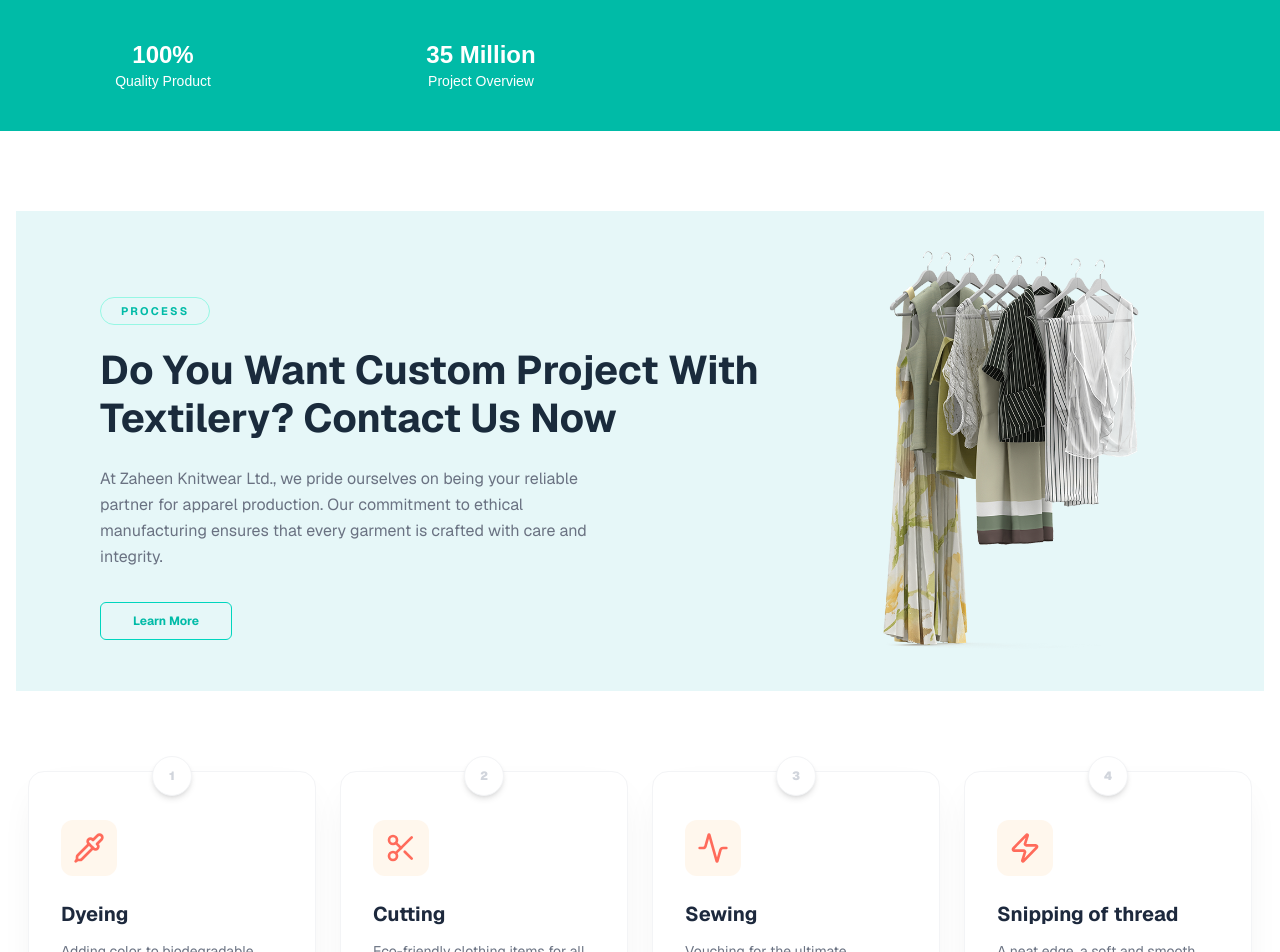
Repository: mdmuhibullahhabib/fullstack-assessment
Page: /
An editor plug-in stored every save of this project. The page is shown before and after a run of saves, followed by the edit.
The browser window is 1280 px wide. The pictures show the part of the page from y = 579 to 1531 px (the page is 3025 px tall).
The project was rebuilt for these pictures with package versions that can differ from the ones it lists, and the page was loaded fresh each time. The framework's server and built-in components were replaced by stand-ins that run in the browser. Also part of the build but not shown: next.config.mjs.

Above is the page before, as saved 2025-12-27 10:03:19.

After the next 3 saves:
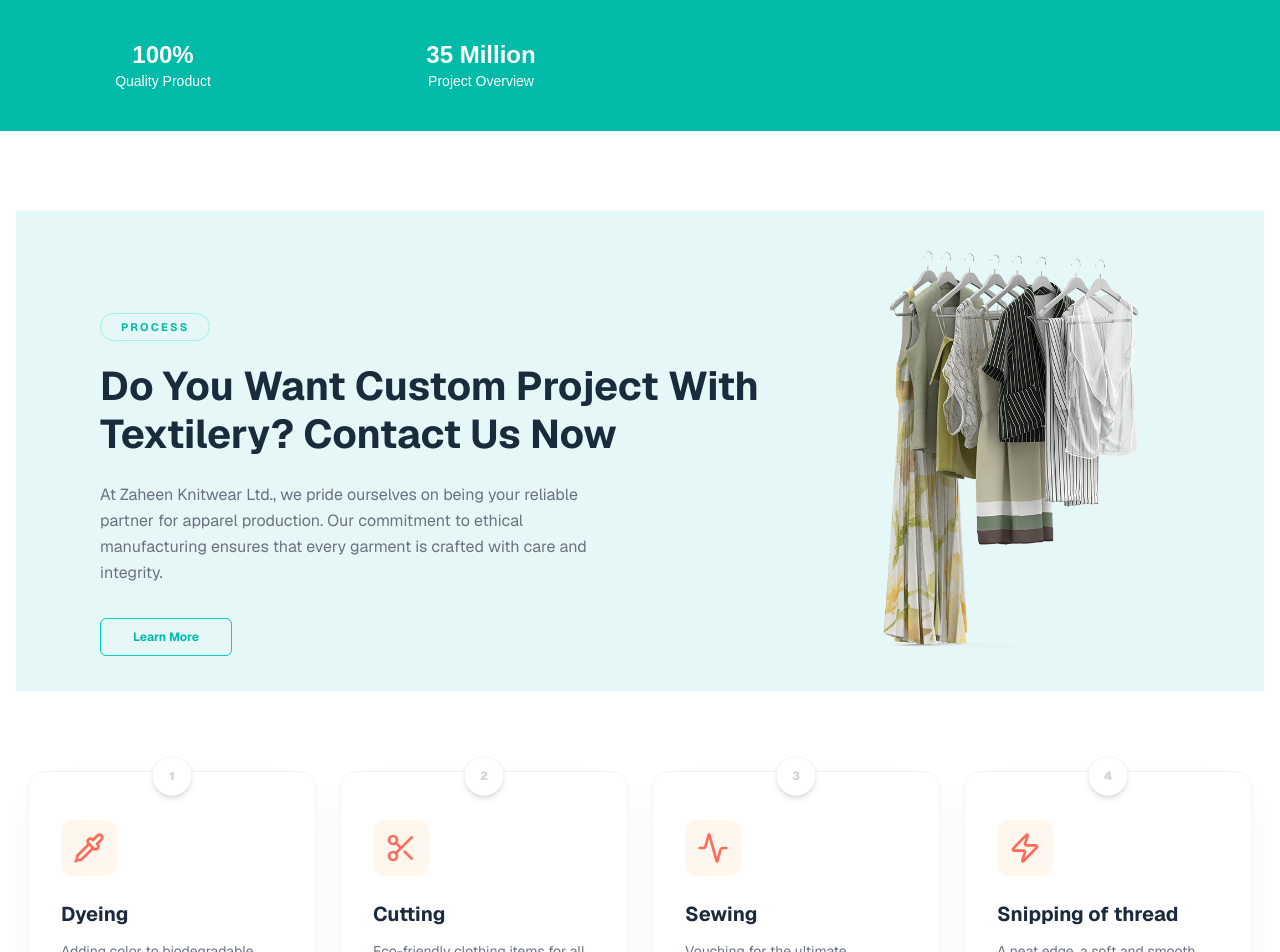
The 3 saves are shown as one change because they came seconds apart.
The last was saved 29 s later.
--- a/src/components/home/CustomProcess.jsx
+++ b/src/components/home/CustomProcess.jsx
@@ -32,7 +32,7 @@
                         }}
                     >
                         <div
-                        className="ml-16"
+                        className="ml-16 mt-8"
                         >
                             <div className="mb-6">
                                 <span className="px-5 py-1.5 rounded-full border border-teal-200 text-teal-500 text-[11px] font-bold uppercase tracking-[0.2em]">

After the save that followed:
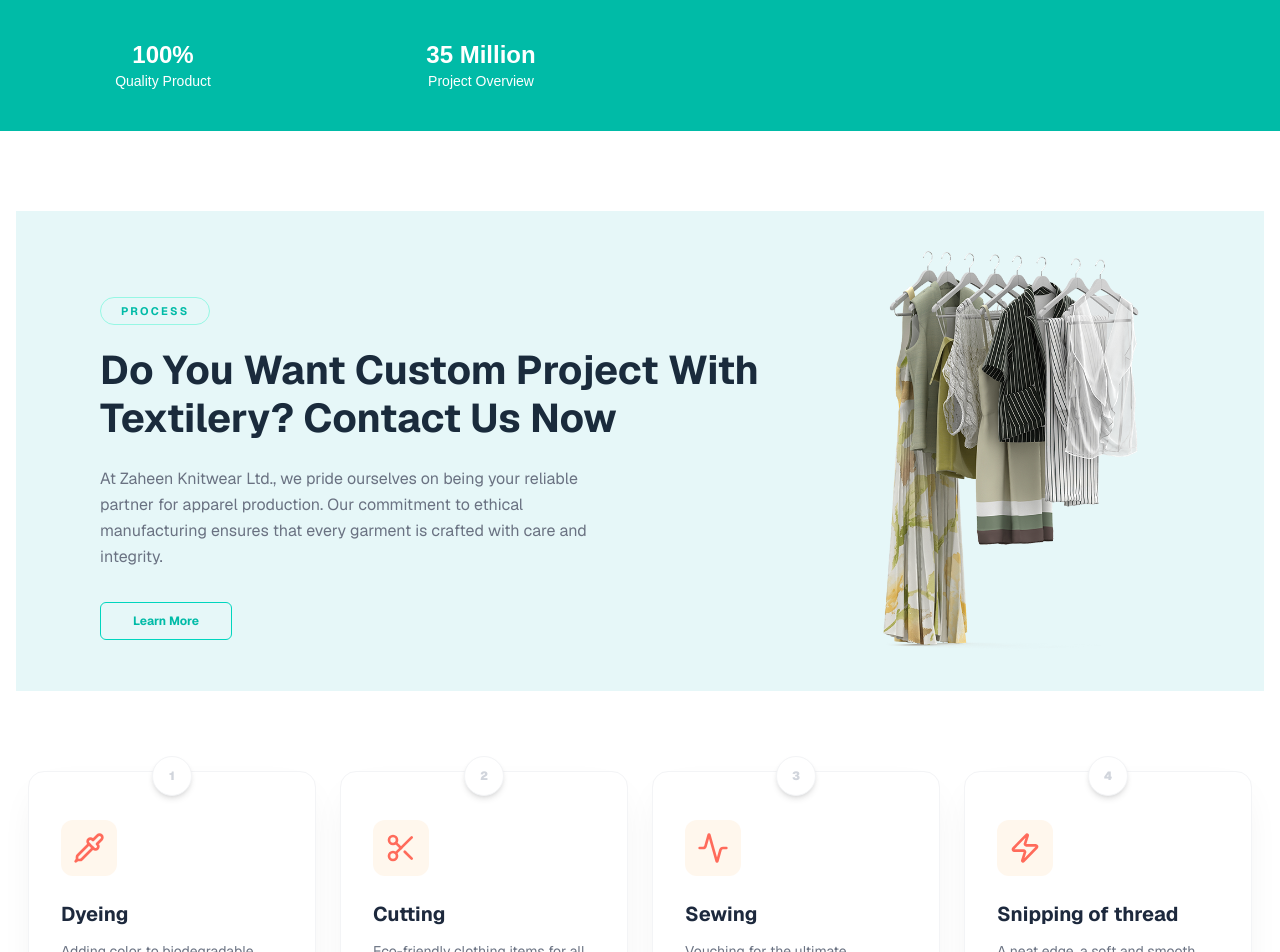
Saved 5 s later.
--- a/src/components/home/CustomProcess.jsx
+++ b/src/components/home/CustomProcess.jsx
@@ -32,7 +32,7 @@
                         }}
                     >
                         <div
-                        className="ml-16 mt-8"
+                        className="ml-16 "
                         >
                             <div className="mb-6">
                                 <span className="px-5 py-1.5 rounded-full border border-teal-200 text-teal-500 text-[11px] font-bold uppercase tracking-[0.2em]">
